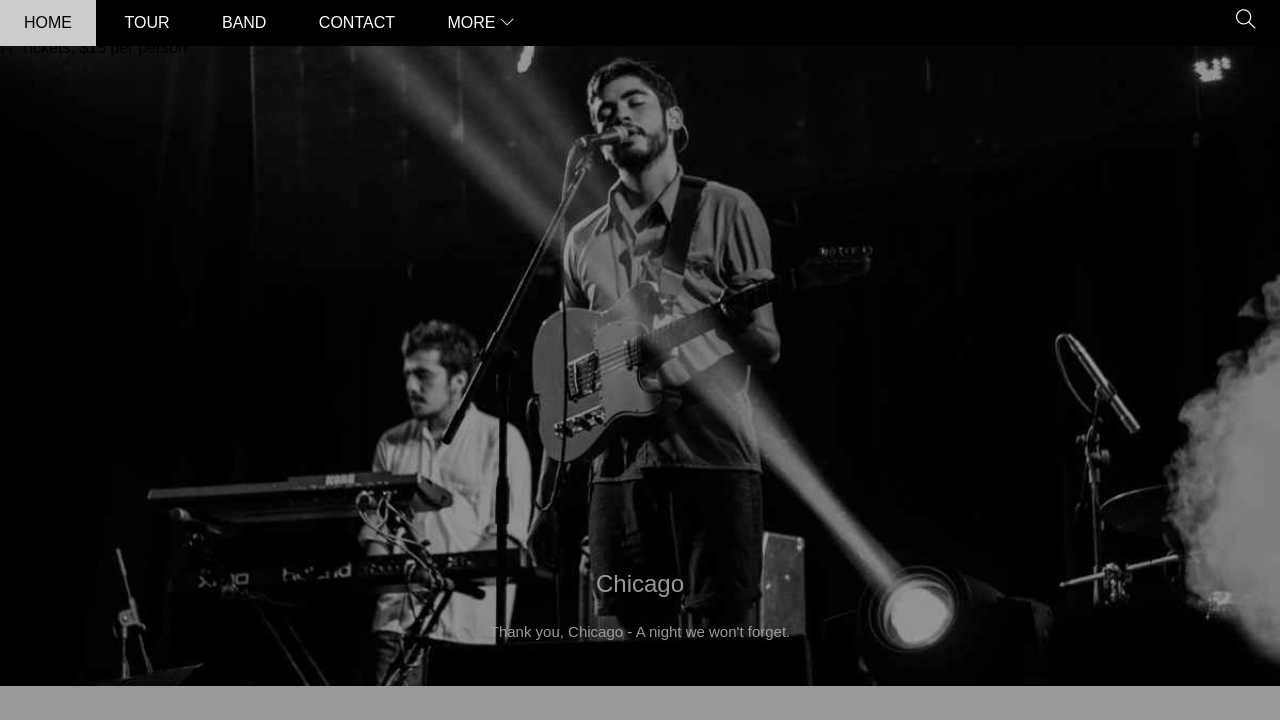
Repository: ducvui2003/LTCB
Page: index.html
These files come from the project's save history. The page is drawn as it stood at one moment and after the next save; the edit follows.
The browser window is 1280 px wide. The pictures show the window.
A layer covers the whole window, so only the first screen is drawn.

Above is the page before, as saved 2022-01-10 11:34:48.

### index.html
<!DOCTYPE html>
<html lang="en">

<head>
    <meta charset="UTF-8">
    <meta http-equiv="X-UA-Compatible" content="IE=edge">
    <meta name="viewport" content="width=device-width, initial-scale=1.0">
    <title>The Band W3_School</title>
    <link rel="stylesheet" href="./assest/Css/styles.css">
    <link rel="stylesheet" href="./assest/Fonts/themify-icons-font (1)/themify-icons/themify-icons.css">
</head>

<body>
    <div id="main">
        <!-- Begin: Header -->
        <div id="header">
            <!-- Begin: Nav -->
            <ul id="nav">
                <li>
                    <a href="">Home</a>
                </li>
                <li>
                    <a href="">Tour</a>
                </li>
                <li>
                    <a href="">Band</a>
                </li>
                <li>
                    <a href="">Contact</a>
                </li>
                <li>
                    <a href="">
                        More
                        <!-- icons -->
                        <i class="nav-arrow-down ti-angle-down"></i>
                    </a>
                    <ul class="subnav">
                        <li>
                            <a href="">Merchandise</a>
                        </li>
                        <li>
                            <a href="">Extras</a>
                        </li>
                        <li>
                            <a href="">Media</a>
                        </li>
                    </ul>
                </li>
            </ul>
            <!-- End: Nav -->
            <!-- Begin: Search button -->
            <div class="search-button">
                <i class="search-icon ti-search"></i>
            </div>
            <!-- End: Search button -->
        </div>
        <!-- End: Header -->

        <!-- Begin: Slides -->
        <div id="slides">
            <div class="text-content">
                <h2 class="text-heading">Chicago</h2>
                <div class="text-paragraph">Thank you, Chicago - A night we won't forget.
                </div>
            </div>
        </div>
        <!-- End: Slides -->

        <!-- Begin: Content -->
        <div id="content">

            <!-- About section -->
            <div class="content-section">
                <h1 class="section-heading">The Band</h1>
                <p class="section-sub-heading">We love music

                </p>
                <p class="content-text">We have created a fictional band website. Lorem ipsum dolor sit amet, consectetur adipiscing elit, sed do eiusmod tempor incididunt ut labore et dolore magna aliqua. Ut enim ad minim veniam, quis nostrud exercitation ullamco laboris nisi
                    ut aliquip ex ea commodo consequat. Duis aute irure dolor in reprehenderit in voluptate velit esse cillum dolore eu fugiat nulla pariatur. Excepteur sint occaecat cupidatat non proident, sunt in culpa qui officia deserunt mollit anim
                    id est laborum consectetur adipiscing elit, sed do eiusmod tempor incididunt ut labore et dolore magna aliqua. Ut enim ad minim veniam, quis nostrud exercitation ullamco laboris nisi ut aliquip ex ea commodo consequat.</p>

                <!-- Team section -->
                <div class="member-list">
                    <div class="member-item">
                        <p class="member-name">Name</p>
                        <img src="./assest/Img/Teams/membersAvatar.jpg" alt="Name" class="member-avatar">
                    </div>

                    <div class="member-item">
                        <p class="member-name">Name</p>
                        <img src="./assest/Img/Teams/membersAvatar.jpg" alt="Name" class="member-avatar">
                    </div>

                    <div class="member-item">
                        <p class="member-name">Name</p>
                        <img src="./assest/Img/Teams/membersAvatar.jpg" alt="Name" class="member-avatar">
                    </div>
                    <div class="clear"></div>
                </div>
            </div>

            <!-- Tour section -->
            <div class="tour-section">
                <div class="content-section">
                    <h1 class=" text-white section-heading">TOUR DATES</h1>
                    <p class="text-white section-sub-heading">Remember to book your tickets!</p>

                    <!-- Ticket-list -->
                    <ul class="ticket-list">
                        <li>September<span class="sold-out">Sold out</span></li>
                        <li>October<span class="sold-out">Sold out</span></li>
                        <li>November <span class="quantity">3</span></li>
                    </ul>

                    <!-- Places -->
                    <div class="place-list">
                        <!-- Place 1 -->
                        <div class="place-ticket">
                            <img src="./assest/Img/Places/place1.jpg" alt="New York" class="place-img">
                            <div class="place-body">
                                <h3 class="place-heading">New York</h3>
                                <p class="place-time">Fri 27 Nov 2016</p>
                                <p class="place-desc">Praesent tincidunt sed tellus ut rutrum sed vitae justo.</p>
                                <a href="#" class="buy-ticket">Buy Tickets</a>
                            </div>
                        </div>
                        <!-- Place 2 -->
                        <div class="place-ticket">
                            <img src="./assest/Img/Places/place2.jpg" alt="Paris" class="place-img">
                            <div class="place-body">
                                <h3 class="place-heading">Paris</h3>
                                <p class="place-time">Sat 28 Nov 2016</p>
                                <p class="place-desc">Praesent tincidunt sed tellus ut rutrum sed vitae justo.</p>
                                <a href="#" class="buy-ticket">Buy Tickets</a>
                            </div>
                        </div>
                        <!-- Place 3 -->
                        <div class="place-ticket">
                            <img src="./assest/Img/Places/place3.jpg" alt="San Francisco" class="place-img">
                            <div class="place-body">
                                <h3 class="place-heading">San Francisco</h3>
                                <p class="place-time">Sun 29 Nov 2016</p>
                                <p class="place-desc">Praesent tincidunt sed tellus ut rutrum sed vitae justo.</p>
                                <a href="#" class="buy-ticket">Buy Tickets</a>
                            </div>
                        </div>
                        <div class="clear"></div>
                    </div>
                </div>
            </div>

            <!-- Contact section -->
            <div class="content-section">
                <h1 class="section-heading">CONTACT</h1>
                <p class="section-sub-heading">Fan? Drop a note! </p>

            </div>

            <!-- End: Content -->
            <div id="footer"></div>
        </div>
    </div>

    <!-- Modal -->
    <div class="modal">

        <div class="modal-container">
            <div class="modal-close">
                <ti class="ti-close"></ti>
            </div>

            <!-- Thẻ header dùng y như thẻ div -->
            <header class="heading-modal">
                <i class="ti-bag">
            Tickets
            </i>
            </header>

            <div class="modal-body"><label for="" class="modal-label">
                <i class="ti-shopping-cart"></i>
                Tickets, $15 per person
            </label></div>
        </div>
    </div>

</body>

</html>

### assest/Css/styles.css
* {
    padding: 0;
    margin: 0;
    box-sizing: border-box;
}

html {
    font-family: Arial, Helvetica, sans-serif;
}

.clear {
    clear: both;
}


/* Dung cho chu mau trang */

.text-white {
    color: white !important;
}

#main {}

#header {
    position: fixed;
    top: 0;
    right: 0;
    left: 0;
    /* fixed đang nổi lên nó sẽ nhường vị trí cho div slides tiếp theo */
    height: 46px;
    background-color: black;
    z-index: 1;
    /* dùng để thêm vào thẻ fixed nhằm đẩy block lên trên các block khác theo chiều cao, giá trị là 0, 1,... */
}

#nav {
    display: inline-block;
    /* display để thẻ nav chỉ dài đúng nội dung của nó thôi */
}

#nav,
.subnav {
    list-style: none;
}

#nav>li {
    display: inline-block;
}

#nav li {
    position: relative;
}

#nav>li>a {
    color: white;
    text-transform: uppercase;
    /* chinh chu thuong thanh hoa */
}

#nav li a {
    text-decoration: none;
    line-height: 46px;
    padding: 0 24px;
    display: block;
}

#nav li:hover .subnav {
    display: block;
}

#nav>li:hover>a,
#nav .subnav li:hover a {
    background-color: #ccc;
    color: black;
}

#nav li:hover a {
    /* line-height: 46px; */
}

#nav .subnav {
    display: none;
    position: absolute;
    top: 46px;
    background-color: #fff;
    box-shadow: 0 0 10px rgba(0, 0, 0, 0.3);
}

#nav .subnav li a {
    color: black;
    padding: 0 16px;
    line-height: 38px;
    width: 160px;
}

#nav .nav-arrow-down {
    font-size: 14px;
}

#header .search-button {
    float: right;
    /* thẻ search-button là thẻ div, có tính kế thừa chiều ngang, nên khi float vào sẽ vô hiệu hoá tính kế thừa chiều ngang đó */
    line-height: 46px;
    padding: 0 24px;
}

#header .search-button:hover {
    background-color: #f44336;
    cursor: pointer;
    /* Dùng để thay đổi con trỏ chuột khi di vào */
}

#header .search-icon {
    color: white;
    font-size: 20px;
}

#slides {
    /* min-height: 1000px; */
    /* background-color: pink; */
    margin-top: 46px;
    padding-top: 50%;
    /* 50% chieu ngang cua chinh the do */
    background: url('/assest/Img/Slides/ChicagoPicture.jpg') top center / cover no-repeat;
    /* shorthand */
    position: relative;
}

#slides .text-content {
    position: absolute;
    bottom: 46px;
    left: 50%;
    /* Cách lề trái 50% chiều ngang */
    transform: translateX(-50%);
    /* Dùng để lùi thẻ theo trục X 50% chiều dài -> Mục đích kết hợp vs transform để căn giữa block */
    color: white;
    text-align: center;
    /* Dùng để căn giữa content, ko dùng để căn block */
    /* cách 2: Thêm width: 100% */
    /* /* cách 3 left: 0 right: 0; */
}

#slides .text-heading {
    font-weight: 500;
    /* dùng để điều chỉnh lại độ dày của chữ, giá trị từ 100-1000  */
    font-size: 24px;
    margin-bottom: 25px;
}

#slides .text-paragraph {
    font-size: 15px;
}

#content {}

#content .content-section {
    width: 800px;
    padding: 64px 0;
    margin-left: auto;
    margin-right: auto;
}

#content .section-heading {
    font-size: 30px;
    font-weight: 500;
    text-align: center;
    letter-spacing: 4px;
}

#content .section-sub-heading {
    font-size: 15px;
    text-align: center;
    margin-top: 25px;
    font-style: italic;
    opacity: 0.5;
}

#content .content-text {
    font-size: 15px;
    margin-top: 25px;
    text-align: justify;
    /* Can deu van ban */
    line-height: 1.4;
    /* Khoang cach giua 2 hang chu */
}

#content .member-list {
    margin-top: 48px;
    /* overflow: hidden; */
}

#content .member-item {
    float: left;
    width: calc(100% /3);
    text-align: center;
    /* Can hinh voi chu */
}

#content .member-name {
    font-size: 15px;
}

#content .member-avatar {
    margin-top: 15px;
    width: 154px;
    /* Dung the <img> thì chỉ cần đặt 1 chiều */
    border-radius: 4px;
    /* Dùng để tạo bo góc của ảnh */
}


/* Tour-section */

#content .tour-section {
    background-color: black;
}


/* Ticket-list */

.ticket-list {
    background-color: white;
    margin-top: 40px;
}

.ticket-list li {
    font-size: 15px;
    padding: 11px 16px;
    border-bottom: 1px solid #ddd;
    color: #757575;
    list-style: none;
}

.ticket-list .sold-out {
    color: white;
    background-color: #f44336;
    margin-left: 16px;
    padding: 3px 4px;
}

.ticket-list .quantity {
    float: right;
    width: 24px;
    height: 24px;
    border-radius: 50%;
    /* Tao bop goc deu de co hinh tron */
    text-align: center;
    line-height: 24px;
    background-color: black;
    color: white;
    margin: -2px;
    /* Có thẻ float nên có thuộc tính block -> xét đc width, height, dùng đc margin (-) */
}


/* Plac-list */

.place-list {
    margin: 32px -8px 0px -8px;
    padding-bottom: 48px;
}

.place-ticket {
    float: left;
    width: calc(100% / 3);
    padding: 0 8px;
}

.place-img {
    width: 100%;
    display: block;
}

.place-img:hover {
    opacity: 0.6;
}

.place-body {
    background-color: white;
    padding: 16px;
    font-size: 15px;
    /* font-size có tính kế thừa */
}

.place-heading {
    font-size: 15px;
    font-weight: 600;
}

.place-time {
    margin-top: 15px;
    color: #757575;
}

.place-desc {
    margin-top: 15px;
    line-height: 1.4;
}

.buy-ticket {
    color: white;
    background-color: black;
    text-decoration: none;
    display: inline-block;
    padding: 11px 16px;
    margin-top: 15px;
}

.buy-ticket:hover {
    color: black;
    background-color: #ccc;
}

#footer {}

.modal {
    /* Create Overlay */
    position: fixed;
    left: 0;
    right: 0;
    top: 0;
    bottom: 0;
    background-color: rgba(0, 0, 0, 0.4);
}

Loaded but not shown: assest/Fonts/themify-icons-font (1)/themify-icons/themify-icons.css (common file)

After the next save:
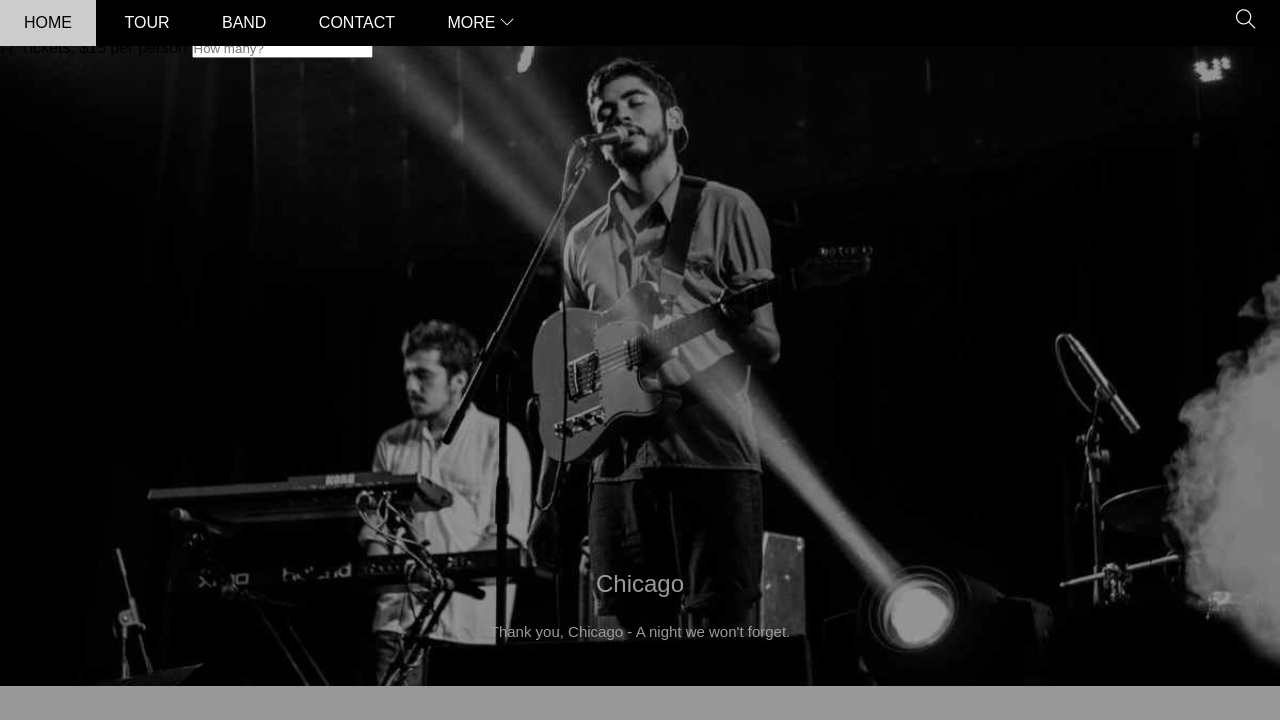
Saved 29 s later.
--- a/index.html
+++ b/index.html
@@ -179,6 +179,7 @@
             <div class="modal-body"><label for="" class="modal-label">
                 <i class="ti-shopping-cart"></i>
                 Tickets, $15 per person
+                <input type="text" class="modal-input" placeholder="How many?">
             </label></div>
         </div>
     </div>
